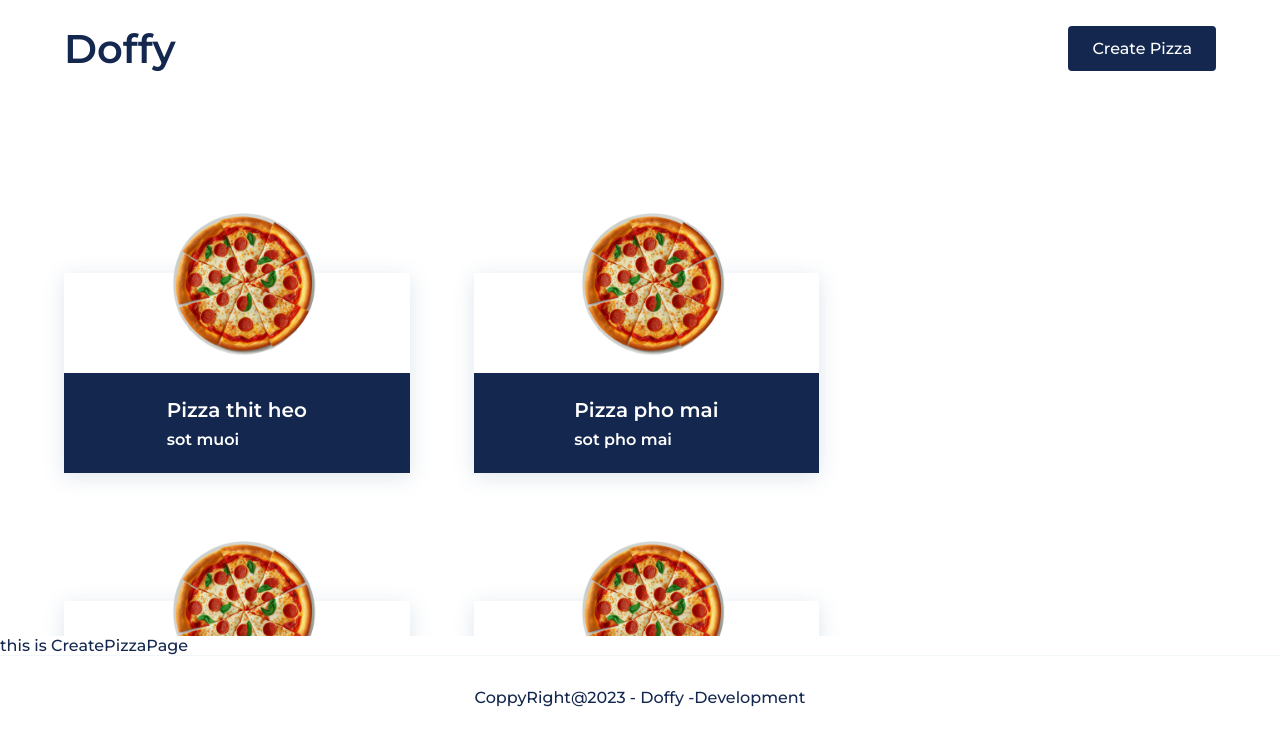
Repository: 16-Doffy/Pizza-Store
Page: /
An editor plug-in stored every save of this project. The page is shown before and after the next save, followed by the edit.
The browser window is 1280 px wide. The pictures show the whole page.
An inner scrolling area shows only its first screen. The project was rebuilt for these pictures with package versions that can differ from the ones it lists, and the page was loaded fresh each time. Also part of the build but not shown: webpack.config.js.

Above is the page before, as saved 2025-02-06 22:45:51.

After the next save:
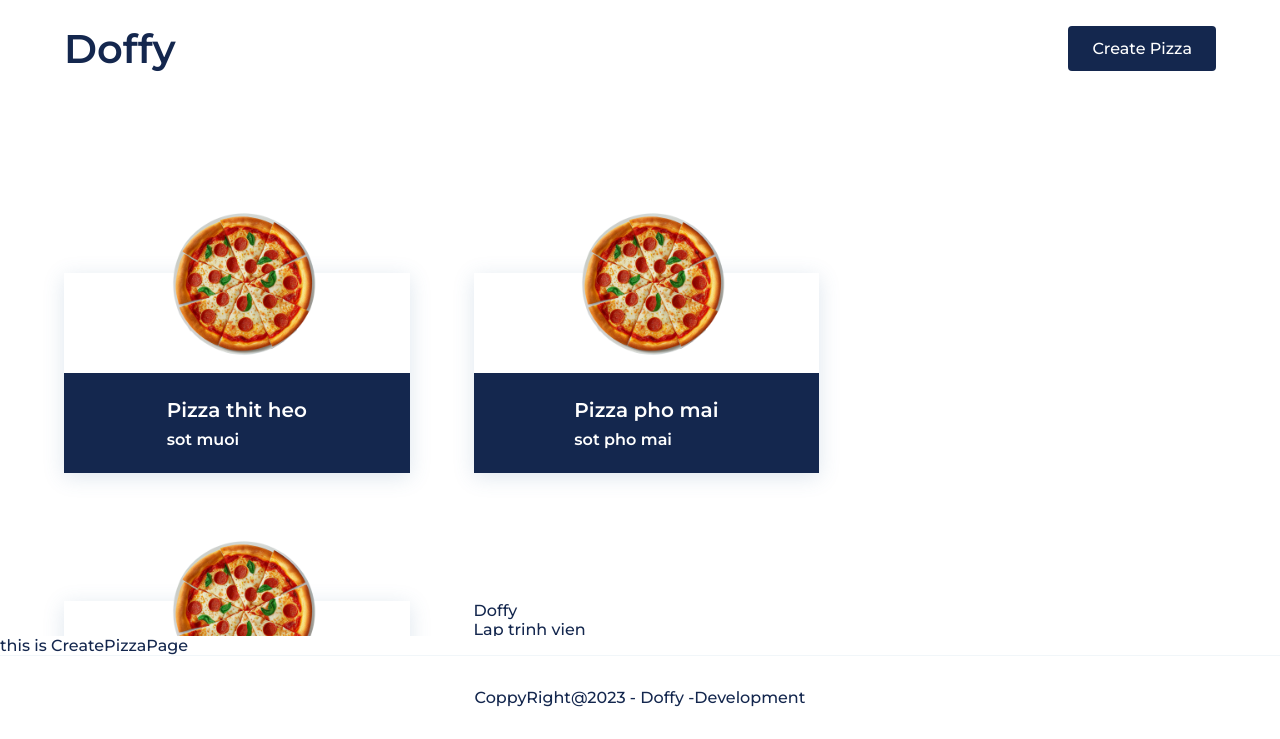
Saved 2 min 27 s later.
--- a/src/pages/HomePage.tsx
+++ b/src/pages/HomePage.tsx
@@ -1,6 +1,7 @@
 import React, { useState } from "react";
 import CardPizza from "../sections/CardPizza";
 import { Pizza } from "../models/Pizza.model";
+import ItemPizza from "../sections/ItemPizza";
 
 const HomePage = () => {
 
@@ -9,14 +10,17 @@ const HomePage = () => {
       {id: 2, title: 'Pizza pho mai', description:' sot pho mai'},
       {id: 3, title: 'Pizza hai san', description:' sot hai san'},
     ]);
-
+    const [person, setPerson] = useState<Pizza> ({
+        title:'Doffy',
+        description:'Lap trinh vien'
+    });
   return (
     <div style={{ height: "calc(100vh - 309px)", padding: "4rem 4rem", overflow: "auto" }}>
       <div className="wrapper-card-items">
         {
             pizzas.map(item => <CardPizza id={item.id} title={item.title} description={item.description} />)
         }
-            <CardPizza title="Pizza thit bam" description="sot ca chua"/>
+           <ItemPizza title={person.title} description={person.description}/>
       </div>
     </div>
   );
